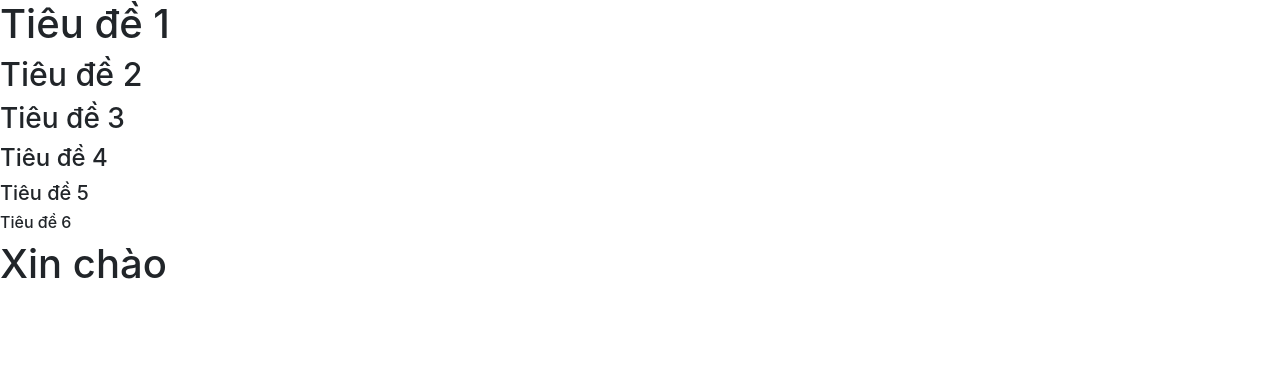
Repository: anhtu2110/front_end
Page: lesson/bootstrap/text-images/3.1-heading.html
An editor plug-in stored every save of this project. The page is shown before and after the next save, followed by the edit.
The browser window is 1280 px wide. The pictures show the whole page.

Above is the page before, as saved 2022-12-01 22:59:58.

### lesson/bootstrap/text-images/3.1-heading.html
<!DOCTYPE html>
<html lang="en">
  <head>
    <meta charset="UTF-8" />
    <meta http-equiv="X-UA-Compatible" content="IE=edge" />
    <meta name="viewport" content="width=device-width, initial-scale=1.0" />
    <link rel="stylesheet" href="./bootstrap/css/bootstrap.min.css" />
    <title>Document</title>
  </head>
  <body>
    <h1>Tiêu đề 1</h1>
    <h2>Tiêu đề 2</h2>
    <h3>Tiêu đề 3</h3>
    <h4>Tiêu đề 4</h4>
    <h5>Tiêu đề 5</h5>
    <h6>Tiêu đề 6</h6>
    <span class="h1">Xin chào</span>
    <script src="js/jquery-3.6.1.min.js"></script>
    <script src="js/popper.min.js"></script>
    <script src="./bootstrap/js/bootstrap.min.js"></script>
  </body>
</html>

Loaded but not shown: lesson/bootstrap/text-images/bootstrap/css/bootstrap.min.css (library); lesson/bootstrap/text-images/js/jquery-3.6.1.min.js (library); lesson/bootstrap/text-images/js/popper.min.js (library); lesson/bootstrap/text-images/bootstrap/js/bootstrap.min.js (library)

After the next save:
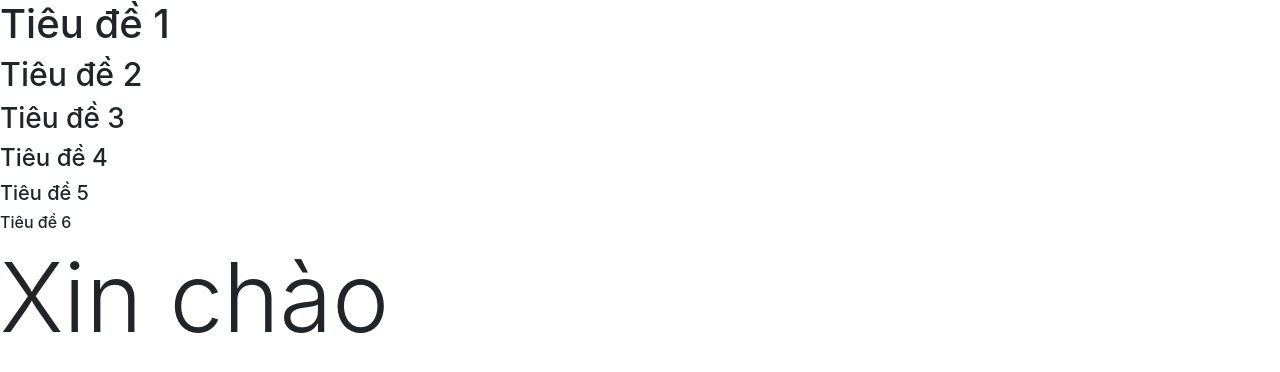
Saved 2 min 7 s later.
--- a/lesson/bootstrap/text-images/3.1-heading.html
+++ b/lesson/bootstrap/text-images/3.1-heading.html
@@ -14,7 +14,7 @@
     <h4>Tiêu đề 4</h4>
     <h5>Tiêu đề 5</h5>
     <h6>Tiêu đề 6</h6>
-    <span class="h1">Xin chào</span>
+    <span class="h1 display-1">Xin chào</span>
     <script src="js/jquery-3.6.1.min.js"></script>
     <script src="js/popper.min.js"></script>
     <script src="./bootstrap/js/bootstrap.min.js"></script>
